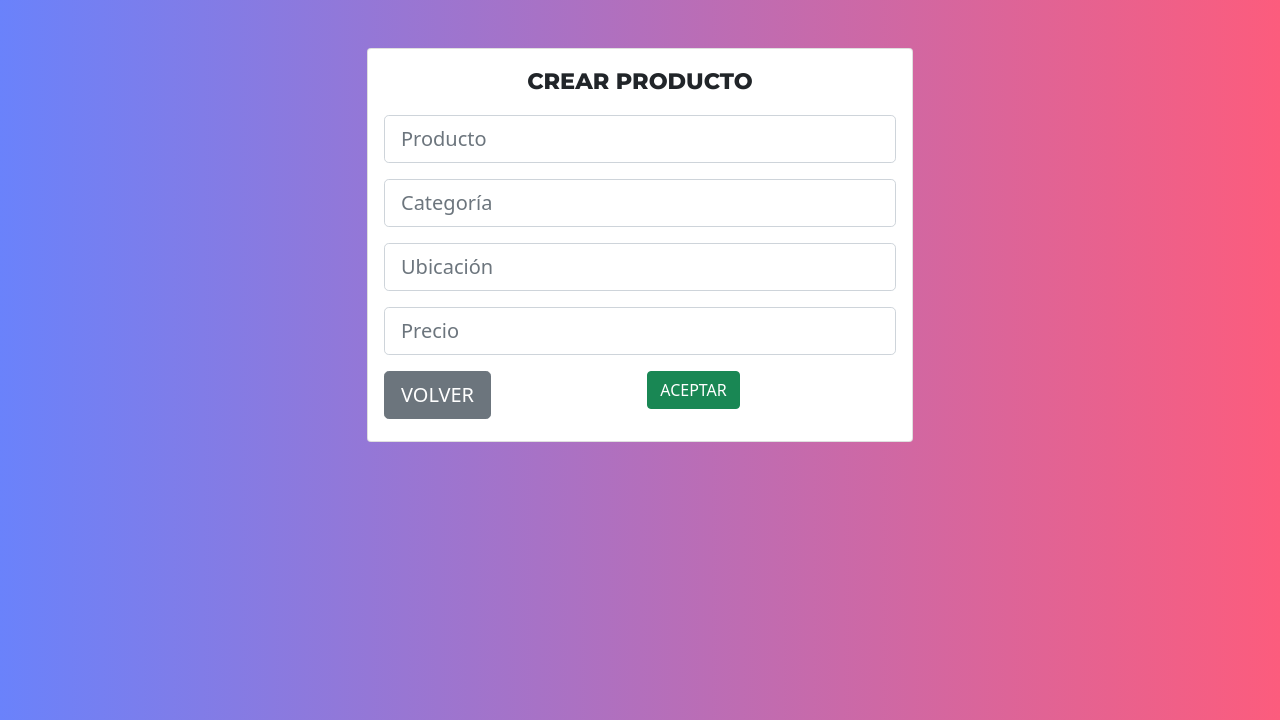
Repository: vivianaleivagalvez/crud_angular
Page: /crear-producto
The author's editor kept a copy of each file at every save. The page is drawn from the files as they stood at one save, then again after the next save.
The browser window is 1280 px wide. The pictures show the whole page.
The project was rebuilt for these pictures with package versions that can differ from the ones it lists, and the page was loaded fresh each time. Also part of the build but not shown: angular.json, src/app/components/listar-productos/listar-productos.component.ts.

Above is the page before, as saved 2022-01-27 10:02:22.

### src/index.html
<!doctype html>
<html lang="en">
<head>
  <meta charset="utf-8">
  <title>Cliente</title>
  <base href="/">

  <meta name="viewport" content="width=device-width, initial-scale=1">
  <link rel="icon" type="image/x-icon" href="favicon.ico">
  <link rel="stylesheet" href="https://cdnjs.cloudflare.com/ajax/libs/font-awesome/6.0.0-beta3/css/all.min.css">
  <link rel="preconnect" href="https://fonts.googleapis.com">
<link rel="preconnect" href="https://fonts.gstatic.com" crossorigin>
<link href="https://fonts.googleapis.com/css2?family=Montserrat:wght@800&display=swap" rel="stylesheet">
</head>
<body>
  <app-root></app-root>
</body>
</html>

### src/styles.css
/* You can add global styles to this file, and also import other style files */
body{
  background: #FC5C7D;  /* fallback for old browsers */
  background: -webkit-linear-gradient(to right, #6A82FB, #FC5C7D);  /* Chrome 10-25, Safari 5.1-6 */
  background: linear-gradient(to right, #6A82FB, #FC5C7D); /* W3C, IE 10+/ Edge, Firefox 16+, Chrome 26+, Opera 12+, Safari 7+ */
}

.titulo{
  font-size: 1.4rem;
  font-family: 'Montserrat', sans-serif;
}

### src/app/app.module.ts
import { BrowserModule } from '@angular/platform-browser';
import { NgModule } from '@angular/core';

import { AppComponent } from './app.component';
import { CrearProductoComponent } from './components/crear-producto/crear-producto.component';
import { ListarProductosComponent } from './components/listar-productos/listar-productos.component';
import { AppRoutingModule } from './app-routing.module';

@NgModule({
  declarations: [
    AppComponent,
    CrearProductoComponent,
    ListarProductosComponent
  ],
  imports: [
    BrowserModule,
    AppRoutingModule
  ],
  providers: [],
  bootstrap: [AppComponent]
})
export class AppModule { }

### src/app/components/crear-producto/crear-producto.component.ts
import { Component, OnInit } from '@angular/core';

@Component({
  selector: 'app-crear-producto',
  templateUrl: './crear-producto.component.html',
  styleUrls: ['./crear-producto.component.css']
})
export class CrearProductoComponent implements OnInit {

  constructor() { }

  ngOnInit() {
  }

}

### src/app/app-routing.module.ts
import { ListarProductosComponent } from './components/listar-productos/listar-productos.component';
import { CrearProductoComponent } from './components/crear-producto/crear-producto.component';
import { NgModule } from '@angular/core';
import { RouterModule, Routes } from '@angular/router';

const routes: Routes = [
  { path: '', component: ListarProductosComponent },
  { path: 'crear-producto', component: CrearProductoComponent },
  { path: 'editar-producto/:id', component: CrearProductoComponent },
  { path: '**', redirectTo: '', pathMatch: 'full' }
];

@NgModule({
  imports: [RouterModule.forRoot(routes)],
  exports: [RouterModule]
})
export class AppRoutingModule { }

### src/app/components/crear-producto/crear-producto.component.html
<div class="container mt-5">
  <div class="row">
    <div class="col-lg-6 offset-lg-3">
      <div class="card">
        <div class="card-body text-center">
          <span class="titulo">CREAR PRODUCTO</span>
          <form class="mt-3">
            <div class="mb-3">
              <input type="text" class="form-control form-control-lg" placeholder="Producto">
            </div>
            <div class="mb-3">
              <input type="text" class="form-control form-control-lg" placeholder="Categoría">
            </div>
            <div class="mb-3">
              <input type="text" class="form-control form-control-lg" placeholder="Ubicación">
            </div>
            <div class="mb-3">
              <input type="number" class="form-control form-control-lg" placeholder="Precio">
            </div>
            <div class="mb-3">
              <button class="btn btn-secondary btn-lg float-start">VOLVER</button>
              <button class="btn btn-success">ACEPTAR</button>
            </div>
          </form>
        </div>
      </div>
    </div>
  </div>
</div>

Loaded but not shown: src/main.ts (common file); src/environments/environment.ts (common file); src/app/app.component.ts (common file); src/app/app.component.html (common file); src/app/app.component.css (no stored copy; drawn as an empty file); src/app/components/crear-producto/crear-producto.component.css (no stored copy; drawn as an empty file)

After the next save:
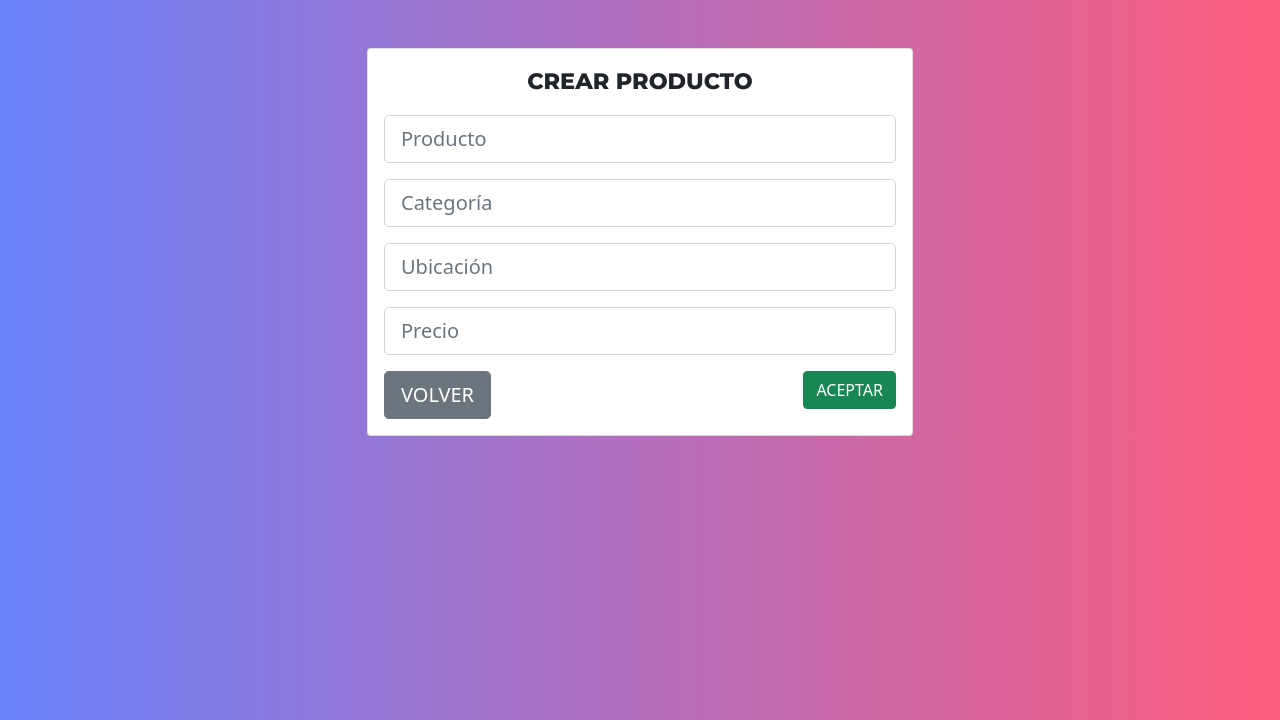
Saved 7 s later.
--- a/src/app/components/crear-producto/crear-producto.component.html
+++ b/src/app/components/crear-producto/crear-producto.component.html
@@ -19,7 +19,7 @@
             </div>
             <div class="mb-3">
               <button class="btn btn-secondary btn-lg float-start">VOLVER</button>
-              <button class="btn btn-success">ACEPTAR</button>
+              <button class="btn btn-success float-end">ACEPTAR</button>
             </div>
           </form>
         </div>
